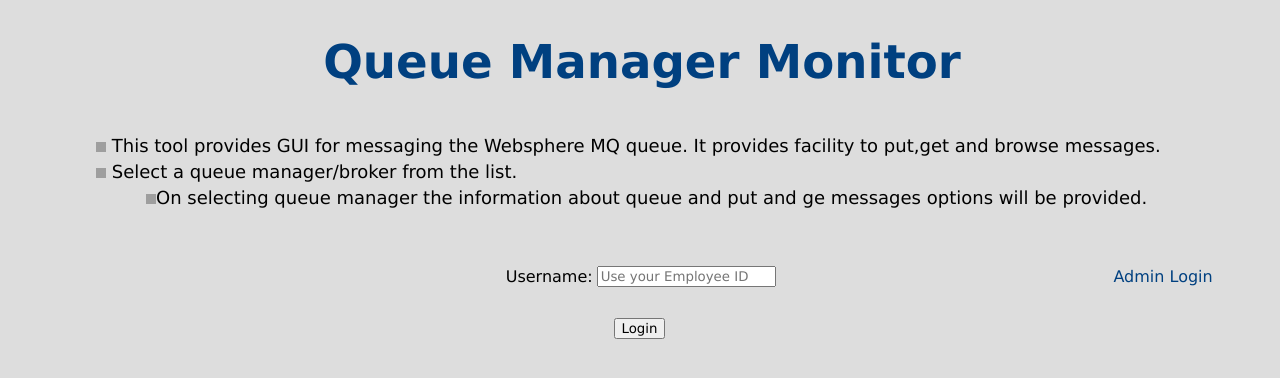
Repository: aarjavshah/ArjavProjects
Page: http://localhost/QmMonitor/
An editor plug-in stored every save of this project. The page is shown before and after the next save, followed by the edit.
The browser window is 1280 px wide. The pictures show the whole page.
Pictures or frames that could not be fetched are drawn as grey boxes. The page is served by Tomcat 9. Other server files are loaded and not shown.

Above is the page before, as saved 2016-11-28 15:58:48.

### Java/ToolOct27ABN_Temp/QmMonitor/WebContent/Login.jsp
<%@ page language="java" contentType="text/html; charset=ISO-8859-1"
    pageEncoding="ISO-8859-1"%>
<!DOCTYPE html PUBLIC "-//W3C//DTD HTML 4.01 Transitional//EN" "http://www.w3.org/TR/html4/loose.dtd">
<html>
<head>
<meta http-equiv="Content-Type" content="text/html; charset=ISO-8859-1">
<title>ESB Queue-Manager Monitor Login</title>
</head>
<script type="text/javascript">
function GetPassword() {
	password.style.visibility = 'visible';
	adminLink.style.visibility = 'hidden';
}
function  RemovePassword() {
	password.style.visibility = 'hidden';
	adminLink.style.visibility = 'visible';
}
function ValidateLogin(){
	var userName=document.getElementById("username").value;
	var flag=0;
	if(userName.length==0)
	{	document.getElementById("span_broker").innerHTML="Enter UserName";
		flag=1;
	}else{
		document.getElementById("span_broker").innerHTML="";
	}
	if(flag==0)
	{
	return true;
	}
else
	{
	return false;
	}
	}
</script>
 <STYLE type="text/css" media="screen">
    td{width:300px;}
    #dont{width:93px;}
    #button{width:53px;}
 </STYLE>
<link rel="stylesheet" type="text/css" href="<%=request.getContextPath() %>/collapse.css" media="screen">
<body>
<%if(session.getAttribute("username")!=null){
	if((Boolean)session.getAttribute("isAdmin")){
		response.sendRedirect("AdminServices.jsp");
	}else{
		response.sendRedirect("Home.jsp");
	}
}	%>
<div id="header">Queue Manager Monitor</div>
<div id="desc">
<p>
	<div id="textbox"><img src="Bullet.png" height="10px" width="10px">
	This tool provides GUI for messaging the Websphere MQ queue. It provides facility to put,get and browse messages.</div><div id="textbox"><img src="Bullet.png"  height="10px" width="10px">
	Select a queue manager/broker from the list. </div><div id="textbox2">     <img src="Bullet.png"  height="10px" width="10px">On selecting queue manager the information about queue and put and ge messages options will be provided.
	</div>
</p>
</div>
<form action="Login" method="post" onsubmit="return ValidateLogin()">
<div id="err">
<%if(session.getAttribute("AdminLoginFail")!=null){
if((Boolean)session.getAttribute("AdminLoginFail")){
	out.print("<font color=red>Admin Login Failed</font>");
	session.removeAttribute("AdminLoginFail");
}}
%></div>

<table id="adminbroker">
<tr id="user">
	<td id="dont" align="right">Username:</td>
	<td><input type="text" name="username" id="username" placeholder="Use your Employee ID"></td>
	<td><font color=red><span id="span_broker"></span></font></td><td> </td>
	<td id="adminLink" onclick="GetPassword()"><a href="#">Admin Login</a></td>
</tr>
<tr id="password" style="visibility:hidden;">
	<td id="dont" align="right">Password:</td>
	<td><input type="password" name="password" ></td><td> </td><td> </td>
	<td id="userLink" onclick="RemovePassword()"><a href="#">User Login</a></td>
</tr>
</table>
<table align="center">
<tr>
<td id="button"><input type="submit" name ="login" value="Login"></td>
</tr>
</table>
</form>
<!-- <div id="footerCpy">© Cognizant Technology Solutions</div> -->
</body>
</html>

### Java/ToolOct27ABN_Temp/QmMonitor/WebContent/collapse.css
/* Just some base styles not needed for example to function */
*, html { font-family: Verdana, Arial, Helvetica, sans-serif; }

body, form, ul, li, p, h1, h2, h4, h5
{
	margin: 0;
	padding: 0;
}
a{
	 text-decoration: none;
	 color : #004080;
	 cursor:pointer;
}
td.drop{
	width:550px;
}
td.res{
	width:200px;
}
td.res1{
	padding-top: 10px;
}
html { font-size: 100%; /* IE hack */ }
body { font-size: 1em; /* Sets base font size to 16px */ background-color: #DDDDDD; }
table { font-size: 100%; /* IE hack */ }
/* CSS Tree menu styles */
ol.tree
{
	padding: 0 0 0 30px;
}
ol.tree1{
	padding: 10px 0 0 30px;
	margin : 0;
}
	li
	{
		position: relative;
		margin-left: -15px;
		list-style: none;
	}
	li.file
	{
		margin-left: -10px !important;
	}
		li.file a
		{
			background: 0 0 no-repeat;
			padding-left: 32px;
			text-decoration: none;
			cursor: text;
		}
		li.file a.admin
		{
			background: 0 0 no-repeat;
			padding-left: 32px;
			text-decoration: none;
			cursor: pointer;
		}
	li input
	{
		position: absolute;
		left: 0;
		margin-left: 0;
		opacity: 0;
		z-index: 2;
		cursor: pointer;
		height: 1em;
		width: 1em;
		top: 0;
	}
		li input + ol
		{
			background: url('plus.gif') 40px 0 no-repeat;
			margin: -0.938em 0 0 -44px; /* 15px */
			height: 1em;
		}
		li input + ol > li { display: none; margin-left: -14px !important; padding-left: 1px; }
	li label
	{
		/*background: url(plusSignGreen.png) 15px 1px no-repeat;*/
		cursor: pointer;
		display: block;
		padding-left: 37px;
	}

	li input:checked + ol
	{
		background: url('minus.gif') 40px 0 no-repeat;
		margin: -1.25em 0 0 -44px; /* 20px */
		padding: 1.563em 0 0 80px;
		height: auto;
	}
		li input:checked + ol > li { display: block; margin: 5px 0 5px;  /* 2px */}
		li input:checked + ol > li:last-child { margin: 3px 0 3px; /* 1px */ }

#container{
	overflow-x: hidden;
}
#cntIO{
	padding-top: 10 px;
}
#left{

	width:100%;
	float : left;
	padding : 50 px;
	/*margin: 200px 0 0 0;*/

}
#right{
	width : 100%;
	padding : 50 px;
	float:left;
	padding-left: 50px;
	padding-top: 30px;
}
#right1{
	width : 100%;
	padding-top: 80px;
    margin-top: 100px;
    margin-bottom: 100px;
}
#right2{
	width : 100%;
	margin-left:50px;
    margin-top: 100px;
    margin-bottom: 100px;
}
#textbox{
	margin-top: 5px;
	margin-bottom: 5px;
}
#textbox1{
	margin-top: 5px;
	margin-bottom: 5px;
    display: none;
}
#textbox2{
	margin-top: 5px;
	margin-bottom: 5px;
	margin-left: 50px;
	}
#header{
	padding : 5px;
	margin-top : 30px;
	padding-left:130px;
	width : 80%;
	text-align: center;
	font-size: 35pt;
	font-weight: bolder;
	color : #004080;
	height: 90px;
}
#logout{
	width:17%;
	text-align: center;
	float: right;
	font-size: 18px;
}
#brokerInfo{
	width:35%;
	text-align: right;
	float: right;
}
#formTable{
	width:100%;
	  padding-top: 16px;
	  padding-left: 10px;
}
#formTable1{
	  padding-top: 16px;
	  padding-left: 10px;
	  margin-left:
}
h1{
	padding-left : 10px;
	color : #004080;
}
#centeredText{
	text-align: center;
	padding-bottom: 10px;
}
#ErrS{
	    position: absolute;
    top: 50%;
    left: 50%;
    width: 400px;
    height: 300px;
    margin-top: -150px;
    margin-left: -200px;
}
#ErrS2{
	    position: absolute;
    top: 50%;
    left: 50%;
    width: 400px;
    height: 300px;
    margin-top: -90px;
    margin-left: -200px;
}
#ErrS1{
	    position: absolute;
    top: 50%;
    left: 50%;
    margin-top: -50px;
    margin-left: -150px;
}
#outer{
	width:100%;
}
#adminbroker{
	padding-left: 500px;
}
#adminbroker1{
	padding-left: 200px;
}
#edit{
	position: absolute;
		opacity:100;
		height: 2em;
		width: 5em;
}
#lastmod{
	font-size: 10pt;
	float: right;
	width:29%;
}
#err{
	text-align: center;
}
#desc{
	text-align:justify;
	margin-left:auto;
	margin-right:auto;
	width:85%;
	padding-bottom: 50px;
	font-size : 18px;
}
#instance{
	margin-left: 210px;
}
#instance1{
	margin-left: 210px;
	padding-top: 10px;
}
table,th,td{border:none}
.qDis{border:1px solid #ccc}
.qDis tr{border-bottom:1px solid #d0d0d0}
.qDis tr:nth-child(odd){background-color:#fff}
.qDis tr:nth-child(even){background-color:#f2f2f2}
.qDis td,.qDis th{padding:6px 8px;display:table-cell;text-align:left;vertical-align:top}
.qDis th:first-child,.qDis td:first-child{padding-left:16px}

#editablediv{
    width: 500px;
    height: 200px;
    border: 1.5px solid #888;
    padding: 5px;
    background-color : #FAFAFA;
    margin: 10px 10px 10px 10px;
}
#RFHheader{
    width: 500px;
    height: 50px;
    border: 1.5px solid #888;
    padding: 5px;
    background-color : #FAFAFA;
    margin: 10px 10px 10px 10px;
}
div.conf{
	padding-left: 52px;
	padding-top: 10px;
}
#formtextarea{
	margin-top: 10px;
}
div.scroll{
width: 500px;
    height: 200px;
    border: 1.5px solid #888;
    padding: 5px;
    background-color : #FAFAFA;
    margin: 10px 10px 10px 10px;
	max-height: 200px;
	overflow: auto;
}
#footerCpy{
	text-align:center;
	position:fixed;
   left:0px;
   bottom:0px;
   height:30px;
   width:100%;
   font-size: large;
}

After the next save:
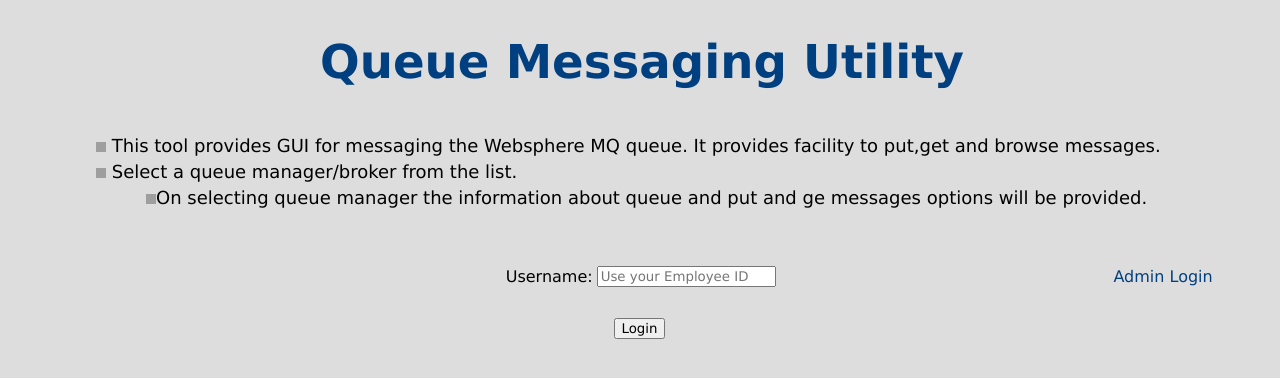
Saved 31 s later.
--- a/Java/ToolOct27ABN_Temp/QmMonitor/WebContent/Login.jsp
+++ b/Java/ToolOct27ABN_Temp/QmMonitor/WebContent/Login.jsp
@@ -48,7 +48,7 @@ else
 		response.sendRedirect("Home.jsp");
 	}
 }	%>
-<div id="header">Queue Manager Monitor</div>
+<div id="header">Queue Messaging Utility</div>
 <div id="desc">
 <p>
 	<div id="textbox"><img src="Bullet.png" height="10px" width="10px">
